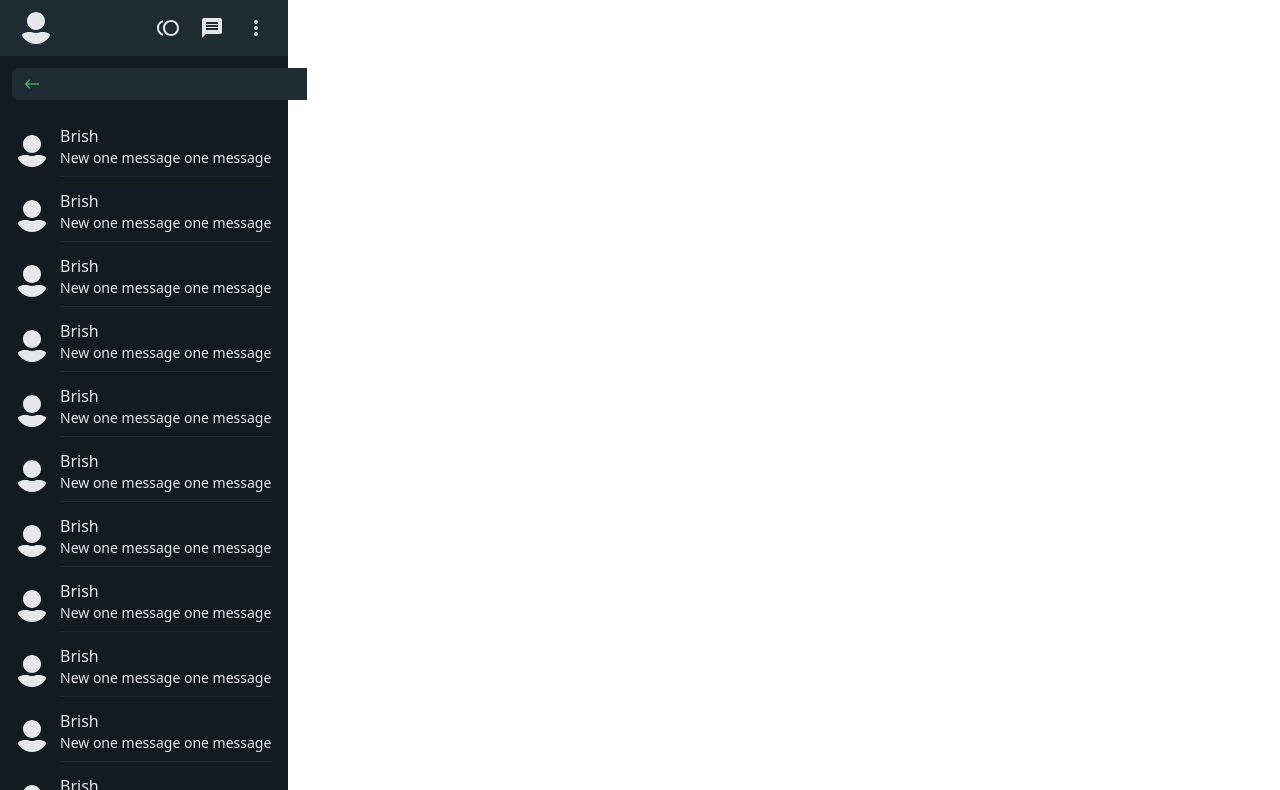
Repository: satya-ranjon/whatsapp-clone-dev
Page: /
The author's editor kept a copy of each file at every save. The page is drawn from the files as they stood at one save, then again after the next save.
The browser window is 1280 px wide. The pictures show the whole page.
The project was rebuilt for these pictures with package versions that can differ from the ones it lists, and the page was loaded fresh each time.

Above is the page before, as saved 2022-04-09 07:07:53.

### src/index.js
import * as ReactDOMClient from "react-dom/client";
import { BrowserRouter } from "react-router-dom";
import App from "./App";
import "./index.css";

const root = ReactDOMClient.createRoot(document.getElementById("root"));
root.render(
  <BrowserRouter>
    <App />
  </BrowserRouter>
);

### src/App.js
import SideBar from "./Components/SideBar";

function App() {
  return (
    <div>
      <SideBar />
    </div>
  );
}

export default App;

### src/index.css
@tailwind base;
@tailwind components;
@tailwind utilities;

.hoverEf {
  overflow: hidden;
  right: -100%;
  transition: all 0.4s;
}

.hoverbtn:hover .hoverEf {
  right: -0%;
}

### src/Components/SideBar.jsx
import React from "react";
import { MdToll, MdMoreVert, MdMessage } from "react-icons/md";
import { FaUserAlt } from "react-icons/fa";
import SideBarUseList from "./SideBarUseList";

export default function SideBar() {
  return (
    <div className="w-72">
      <div className="flex justify-between font-semibold text-2xl px-5 py-3 bg-[#202c33] text-gray-200">
        <div>
          <FaUserAlt className="rounded-full w-8 h-8" />
          {/* <img
            className="rounded-full w-8 h-8 "
            src="https://images.pexels.com/photos/220453/pexels-photo-220453.jpeg?cs=srgb&dl=pexels-pixabay-220453.jpg&fm=jpg"
            alt=""
          /> */}
        </div>
        <div className="flex justify-between space-x-5 cursor-pointer my-auto">
          <MdToll />
          <MdMessage />
          <MdMoreVert />
        </div>
      </div>
      <SideBarUseList />
    </div>
  );
}

### src/Components/SideBarUseList.jsx
import React, { useState } from "react";
import { FaUserAlt } from "react-icons/fa";
import { BsChevronDown, BsArrowLeft } from "react-icons/bs";
import { AiOutlineSearch } from "react-icons/ai";

const array = [
  1, 1, 1, 1, 1, 1, 1, 1, 1, 1, 1, 1, 1, 1, 1, 1, 1, 1, 1, 1, 1, 1, 1, 1, 1, 1,
  1, 1, 1, 1, 1, 1, 1, 1, 1, 1, 1, 1, 1, 1, 1, 1, 1, 1, 1, 1, 1, 1, 1, 1, 1, 1,
  1, 1, 1, 1, 1, 1, 1, 1, 1, 1, 1, 1, 1, 1, 1, 1, 1,
];

export default function SideBarUseList() {
  const [toogle, setToogle] = useState(true);

  return (
    <>
      <div className="bg-[#111b21] flex justify-center p-3">
        <div
          className="pl-14 rounded-md w-full bg-[#202c33] relative"
          onClick={() => setToogle(true)}
          onMouseOut={() => setToogle(false)}
        >
          <input
            type="text"
            id="search"
            className="bg-[#202c33]  p-1 outline-none text-gray-300  "
          />
          <label
            htmlFor="search"
            className="absolute left-3 bottom-2 text-gray-300 my-auto"
          >
            {(toogle && (
              <BsArrowLeft className="text-green-400 font-semibold" />
            )) || <AiOutlineSearch />}
          </label>
        </div>
      </div>
      <div className="bg-[#111b21] overflow-y-scroll scroll-my-1 h-[94.1vh] scrollbar scrollbar-thumb-gray-400 scrollbar-thin text-gray-200 duration-500 transition-all">
        {array.map((i, index) => (
          <div
            key={index}
            className="px-4 py-3 pb-0 flex justify-start hover:bg-[#2a394294] cursor-pointer duration-500 transition-all relative hoverbtn overflow-hidden"
          >
            <div className="my-auto">
              <FaUserAlt className="w-8 h-8 rounded-full" />
            </div>
            <div className="flex flex-col my-auto w-full ml-3 border-b-[1px] border-b-gray-800 pb-2">
              <p>Brish</p>
              <p className="text-sm">New one message one message</p>
            </div>

            <div className=" absolute px-5 bg-[#2a3942a8] bottom-2 text-xl hoverEf">
              <BsChevronDown />
            </div>
          </div>
        ))}
      </div>
    </>
  );
}

### tailwind.config.js
module.exports = {
  content: ["./src/**/*.{js,jsx,ts,tsx}"],
  theme: {
    extend: {},
  },
  plugins: [require("tailwind-scrollbar")],
};

Loaded but not shown: public/index.html (common file)

After the next save:
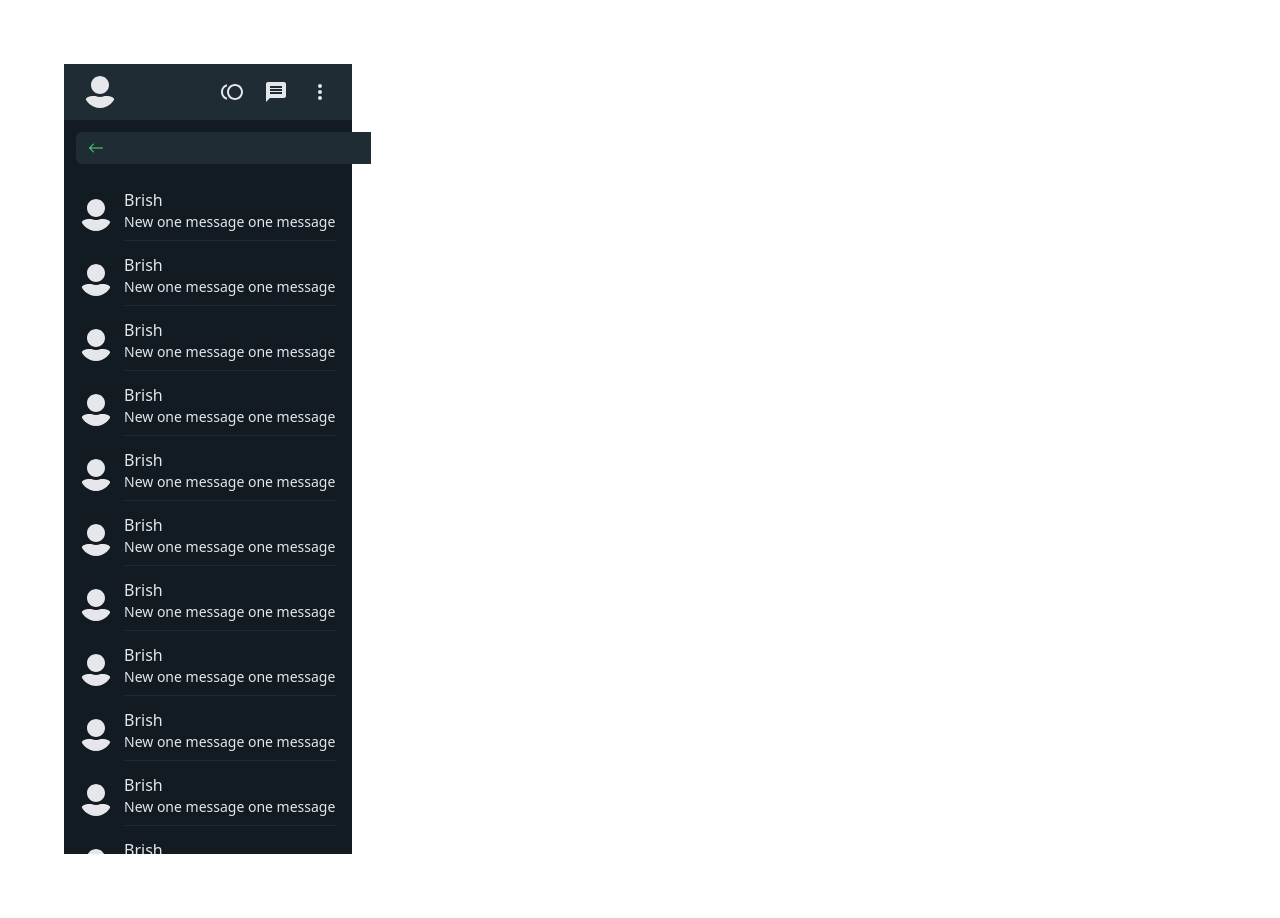
Saved 11 min 12 s later.
--- a/src/App.js
+++ b/src/App.js
@@ -2,7 +2,7 @@ import SideBar from "./Components/SideBar";
 
 function App() {
   return (
-    <div>
+    <div className=" lg:p-16">
       <SideBar />
     </div>
   );
